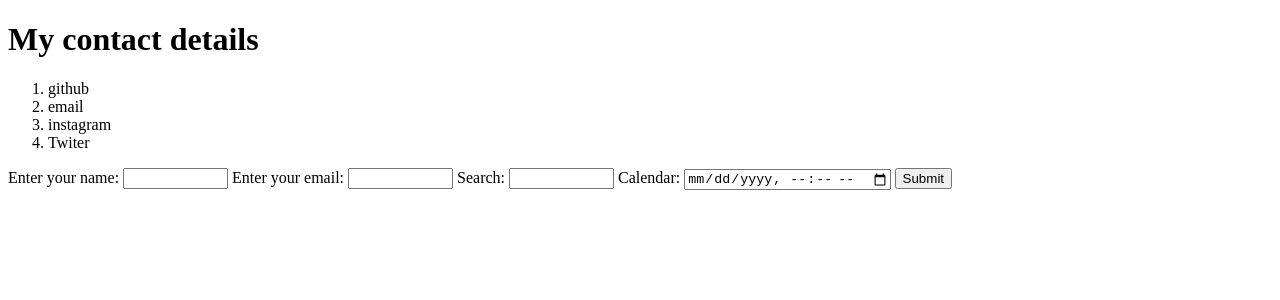
Repository: ew-code/Web-Development
Page: HTML - Personal Site/contact.html
These files come from the project's save history. The page is drawn as it stood at one moment and after a run of saves; the edit follows.
The browser window is 1280 px wide. The pictures show the whole page.

Above is the page before, as saved 2021-01-04 23:00:21.

### HTML - Personal Site/contact.html
<!DOCTYPE html>
<html lang="en">

<head>
  <meta charset="UTF-8">
  <meta name="viewport" content="width=device-width, initial-scale=1.0">
  <meta http-equiv="X-UA-Compatible" content="ie=edge">
  <title>Contact me</title>
</head>

<body>
  <h1>My contact details</h1>
  <ol>
    <li>github</li>
    <li>email</li>
    <li>instagram</li>
    <li>Twiter</li>
  </ol>

  <form>
    <label for="name">Enter your name:</label>
    <input type="text" name="name" id="name" required minlength="4" maxlength="50" size="10">
    <label for="email">Enter your email:</label>
    <input type="email" name="email" id="email" required minlength="4" maxlength="50" size="10">
    <label for="Search">Search:</label>
    <input type="search" name="search" id="search" required minlength="4" maxlength="50" size="10">
    <label for="Calendar">Calendar:</label>
    <input type="datetime-local" name="Calendar" id="search" required minlength="4" maxlength="50" size="10">
    <input type="submit">
  </form>

</body>

</html>

After the next 2 saves:
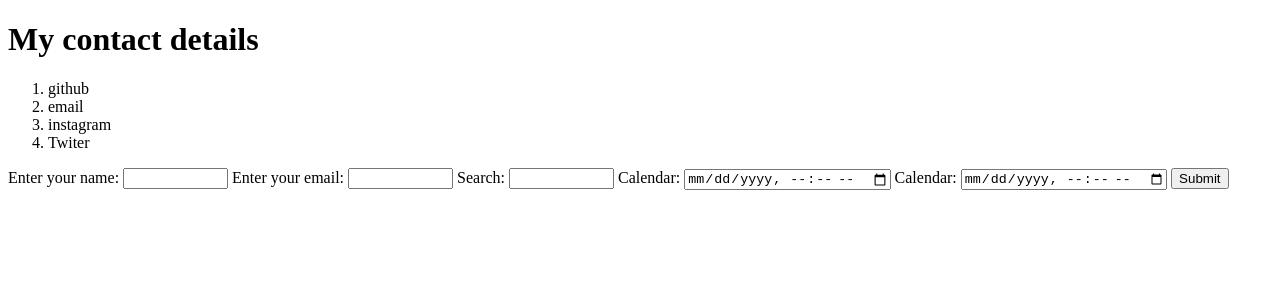
The 2 saves are shown as one change because they came seconds apart.
The last was saved 2 min 4 s later.
--- a/HTML - Personal Site/contact.html
+++ b/HTML - Personal Site/contact.html
@@ -26,6 +26,8 @@
     <input type="search" name="search" id="search" required minlength="4" maxlength="50" size="10">
     <label for="Calendar">Calendar:</label>
     <input type="datetime-local" name="Calendar" id="search" required minlength="4" maxlength="50" size="10">
+    <label for="Calendar">Calendar:</label>
+    <input type="datetime-local" name="Calendar" id="search" required minlength="4" maxlength="50" size="10">
     <input type="submit">
   </form>
 
